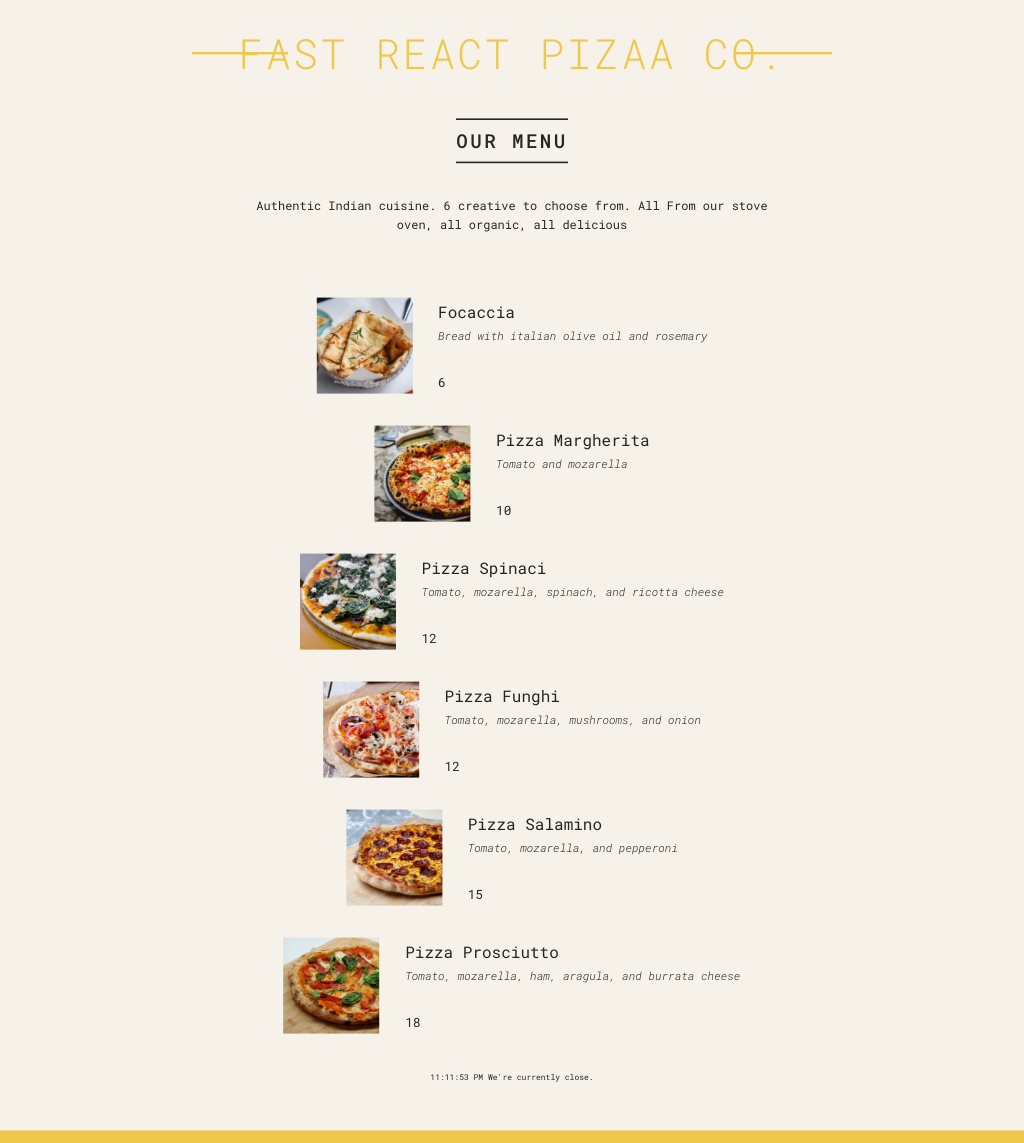
Repository: balaji-ummadisetty/reactPropsPractice
Page: /
An editor plug-in stored every save of this project. The page is shown before and after a run of saves, followed by the edit.
The browser window is 1280 px wide. The pictures show the whole page, at 80% of full size.
The project was rebuilt for these pictures with package versions that can differ from the ones it lists, and the page was loaded fresh each time. Also part of the build but not shown: vite.config.js.

Above is the page before, as saved 2024-05-08 23:18:02.

After the next 6 saves:
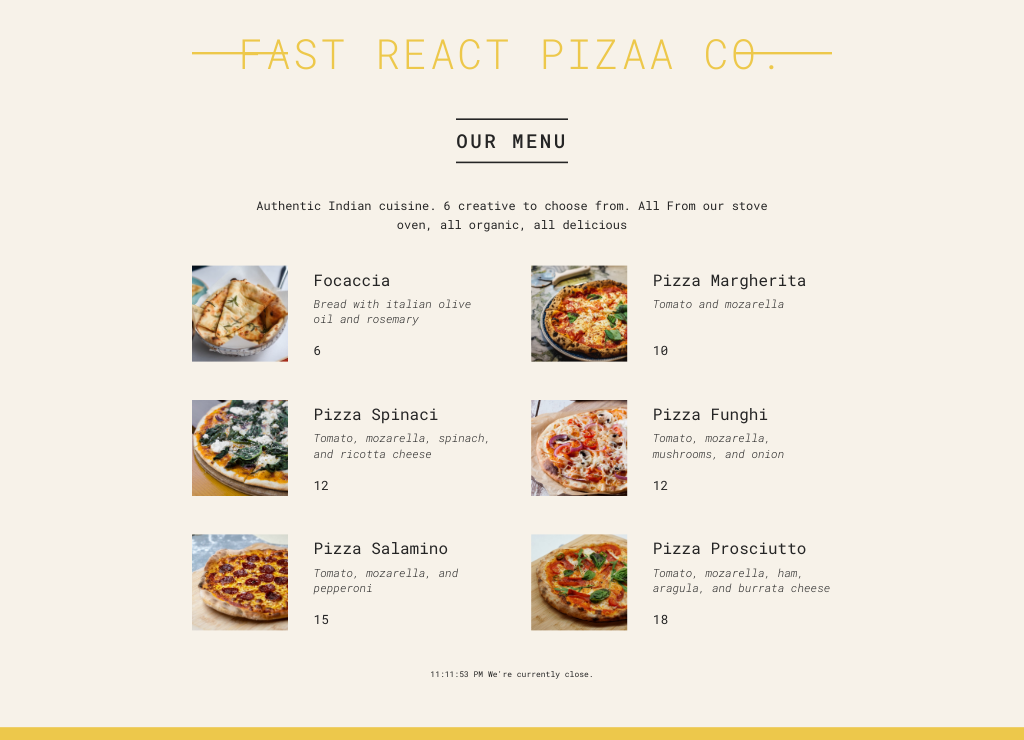
The 6 saves are shown as one change because they came seconds apart.
The last was saved 12 s later.
--- a/src/App.jsx
+++ b/src/App.jsx
@@ -30,10 +30,11 @@ const Menu =()=>{
         <main className="menu" >
         <h2>Our menu</h2>
         <p>Authentic Indian cuisine. 6 creative to choose from. All From our stove oven, all organic, all delicious</p>
-        <div></div>
+        <div className='pizzas'>
         {pizzaData.map((data) =>{
             return <Pizza name={data.name} ingredients={data.ingredients} price={data.price} photoName={data.photoName}/>
         })}
+        </div>
 
         </main>
     )
